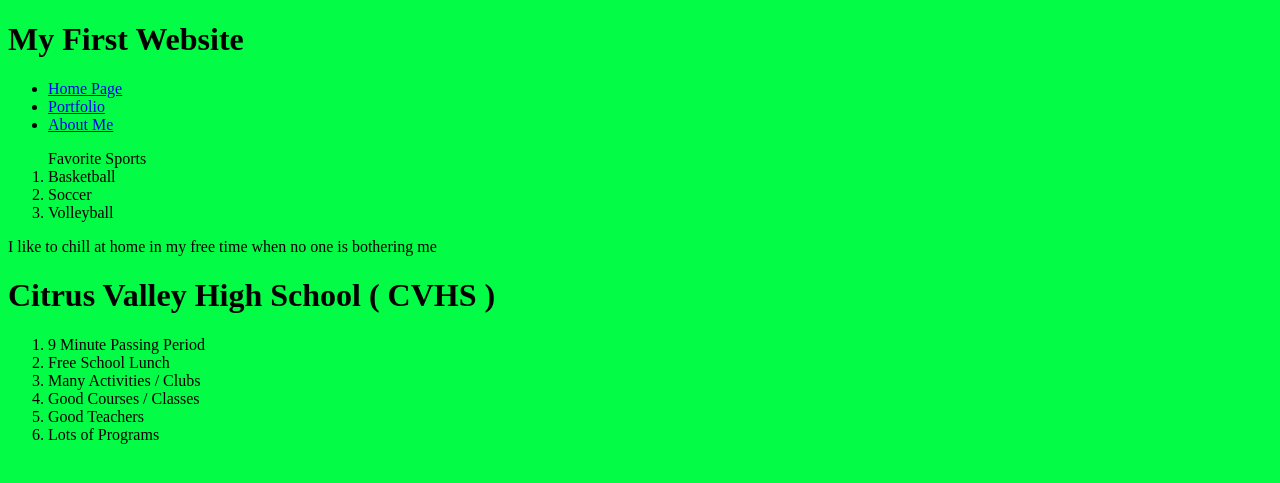
Repository: NawrasKassar/NawrasKassar.github.io
Page: index.html
The author's editor kept a record of every edit. The page is drawn from the files as they stood at one moment, then again after the next edit.
The browser window is 1280 px wide. The pictures show the whole page.

Above is the page before.

After the next edit:
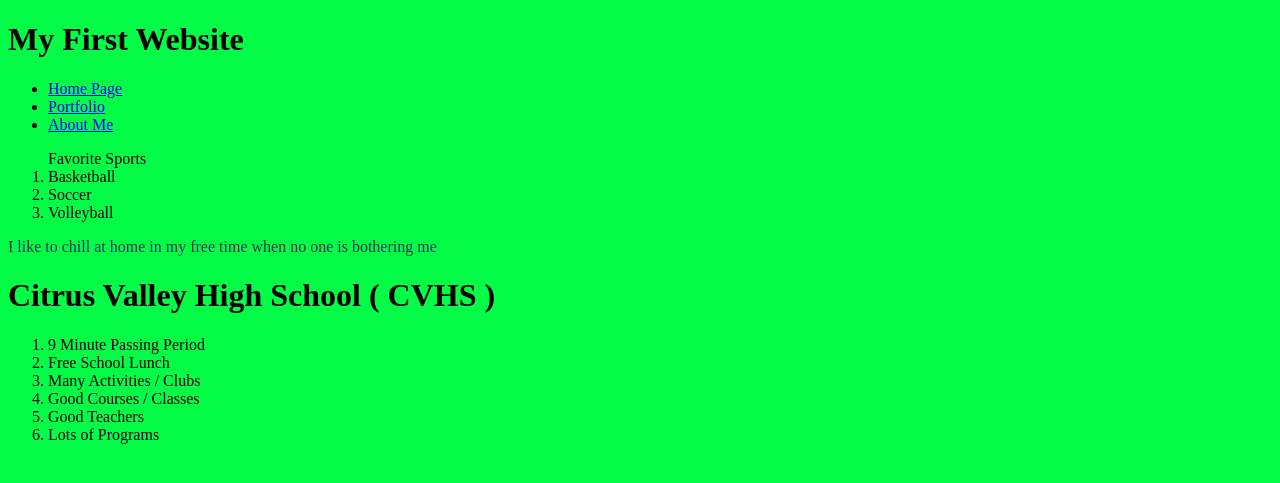
The edit:
--- a/styles/style.css
+++ b/styles/style.css
@@ -7,5 +7,5 @@
 
 
 body p{
-
+    color:#123456;
 }
